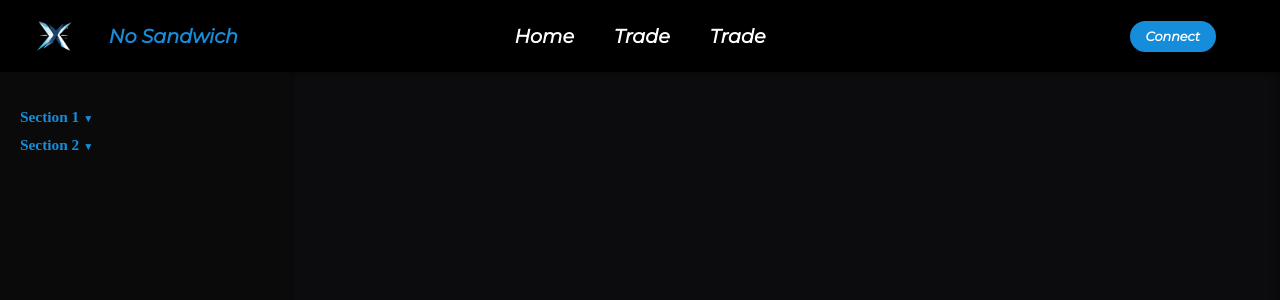
Repository: TreapGoGo/hackathon-2024-10-13
Page: /document (app in Web/NoSandwichSwapPair_Web/)
An editor plug-in stored every save of this project. The page is shown before and after the next save, followed by the edit.
The browser window is 1280 px wide. The pictures show the whole page.
An inner scrolling area shows only its first screen. The project was rebuilt for these pictures with package versions that can differ from the ones it lists, and the page was loaded fresh each time. Also part of the build but not shown: Web/NoSandwichSwapPair_Web/vite.config.js, Web/NoSandwichSwapPair_Web/src/components/documents/Subsection1_1.vue, Web/NoSandwichSwapPair_Web/src/components/documents/Subsection1_2.vue, Web/NoSandwichSwapPair_Web/src/components/documents/Subsection2_1.vue, Web/NoSandwichSwapPair_Web/src/components/documents/Subsection2_2.vue.

Above is the page before, as saved 2024-10-17 22:13:27.

After the next save:
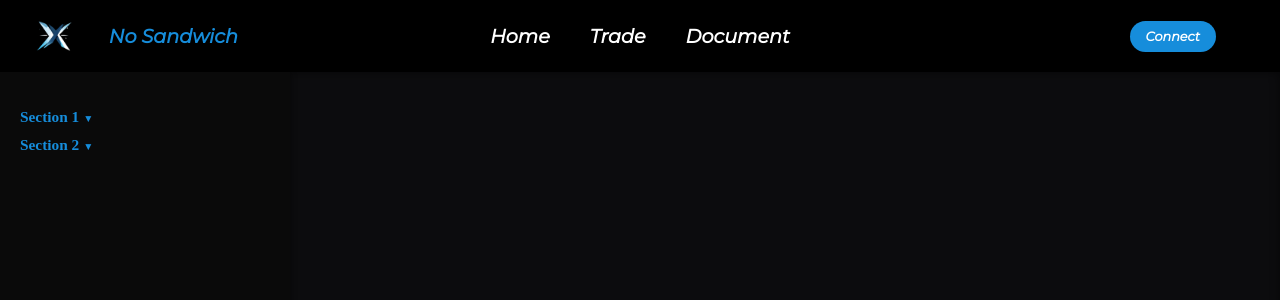
Saved 3 min 39 s later.
--- a/Web/NoSandwichSwapPair_Web/src/components/Header.vue
+++ b/Web/NoSandwichSwapPair_Web/src/components/Header.vue
@@ -7,7 +7,7 @@
       <nav class="nav">
         <router-link v-bind:to="{name:'home'}">Home</router-link>
         <router-link v-bind:to="{name: 'trade' }">Trade</router-link>
-        <router-link v-bind:to="{name: 'document' }">Trade</router-link>
+        <router-link v-bind:to="{name: 'document' }">Document</router-link>
       </nav>
       <div class="actions">
         <button class="connect-btn" @click="handleWalletConnection">
